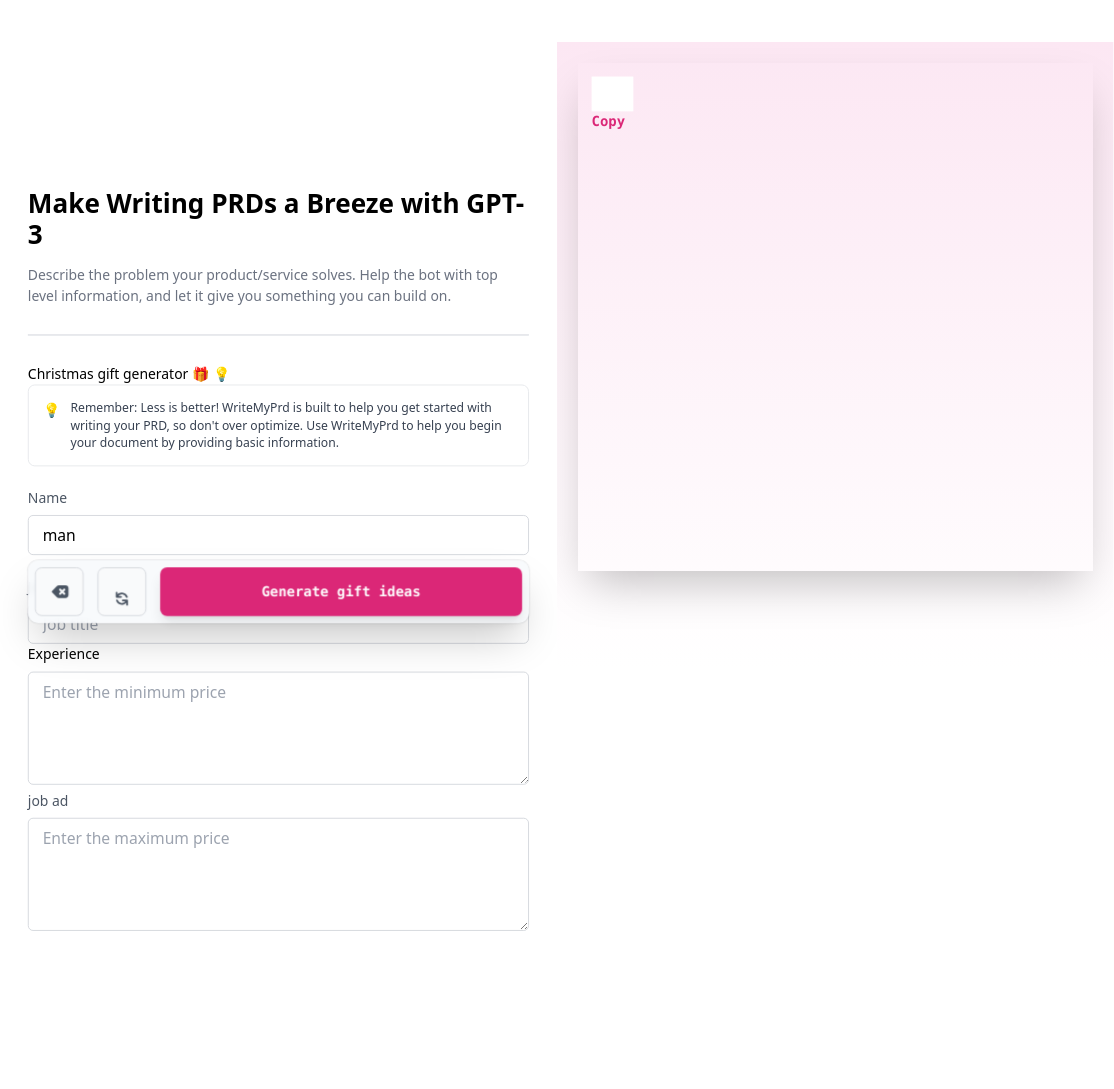
Repository: hamza-mastar/chatgpt-jpbad
Page: /
The author's editor kept a copy of each file at every save. The page is drawn from the files as they stood at one save, then again after the next save.
The browser window is 1280 px wide. The pictures show the whole page, at 87% of full size.
The project was rebuilt for these pictures with package versions that can differ from the ones it lists, and the page was loaded fresh each time. The framework's server and built-in components were replaced by stand-ins that run in the browser.

Above is the page before, as saved 2023-01-30 14:23:52.

After the next save:
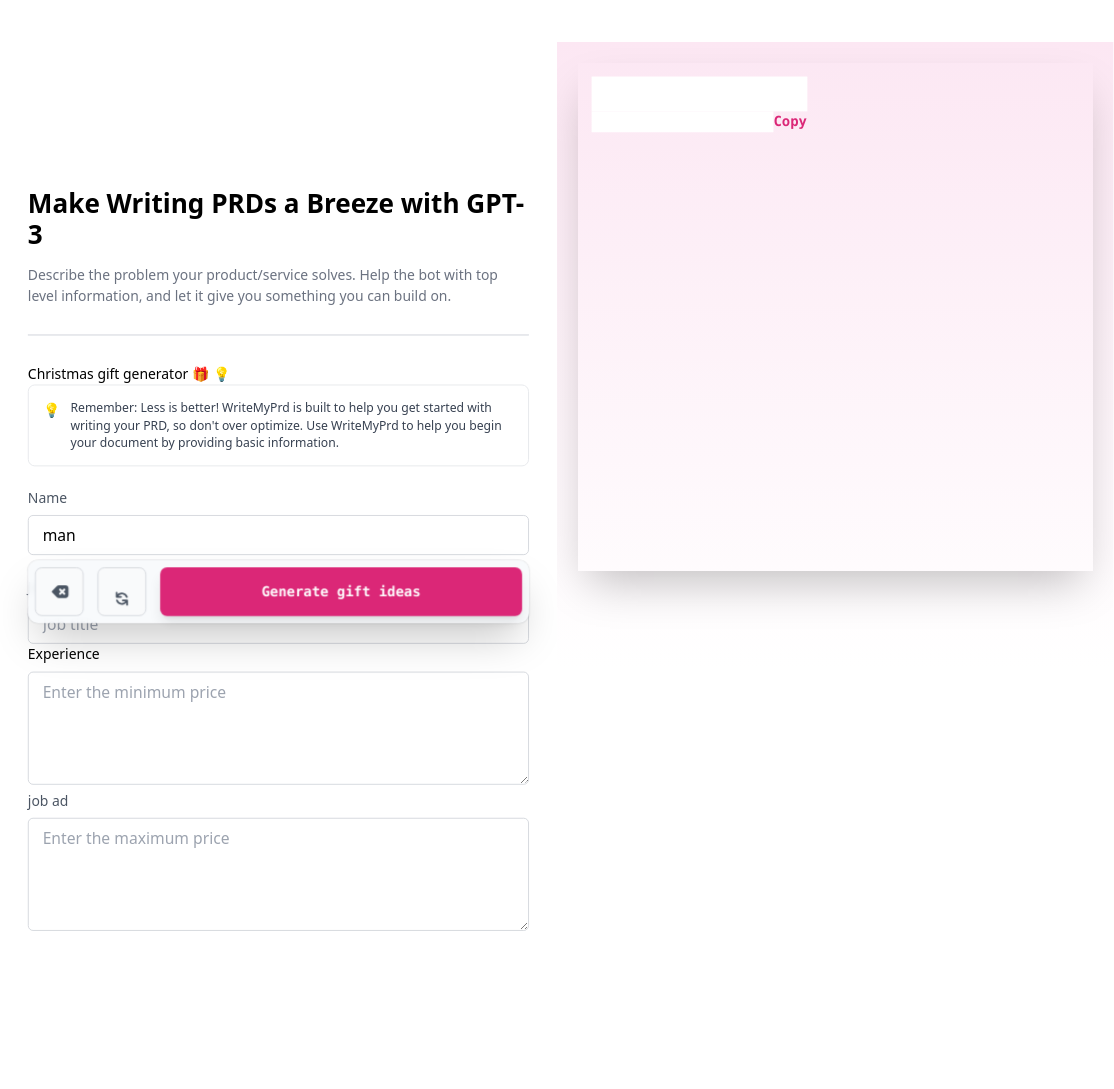
Saved 41 s later.
--- a/pages/index.js
+++ b/pages/index.js
@@ -151,7 +151,6 @@
                 <div class="p-6 pb-0 h-[calc(100vh-6rem)]" >
                 <div class="form-textarea relative text-base w-full p-4 px-8 overflow-scroll h-[calc(100%-1rem)] shadow-2xl flex items-center justify-center" >
                 <div class="text-pink-600 font-mono text-left text-base font-semibold absolute top-4 left-4">
-
         {loading && (
           <div>
             <h3>Looking for the best gift ideas 🎁 💡</h3>
@@ -161,16 +160,17 @@
 
 
         )}
-        <div class="whitespace-pre-wrap text-gray-800 bg-white h-auto text-lg divide-y px-4 pt-5 pb-4 sm:p-6 sm:pb-4  "
-        onChange={(e)=>setValue(e.target.value)}
-
+        <div class="whitespace-pre-wrap text-gray-800 bg-white h-auto text-lg divide-y px-4 pt-5 pb-4 sm:p-6 sm:pb-4 "
           className={styles.result}
           dangerouslySetInnerHTML={{ __html: result }}
 
 
 
         />
-
+        <div className='app'>
+      <div className="input_group">
+      <i class="bi bi-link-45deg"></i>
+      <input type="text" onChange={(e)=>setValue(e.target.value)} />
       <CopyToClipboard text={value}
           onCopy={() =>setCopy(true)}>
            <button className={`${copy ? 'copied' : 'copy' }`}>
@@ -178,7 +178,8 @@
            </button>
         </CopyToClipboard>
 
-
+      </div>
+    </div>
 
         </div>
 

After the 2 saves that followed:
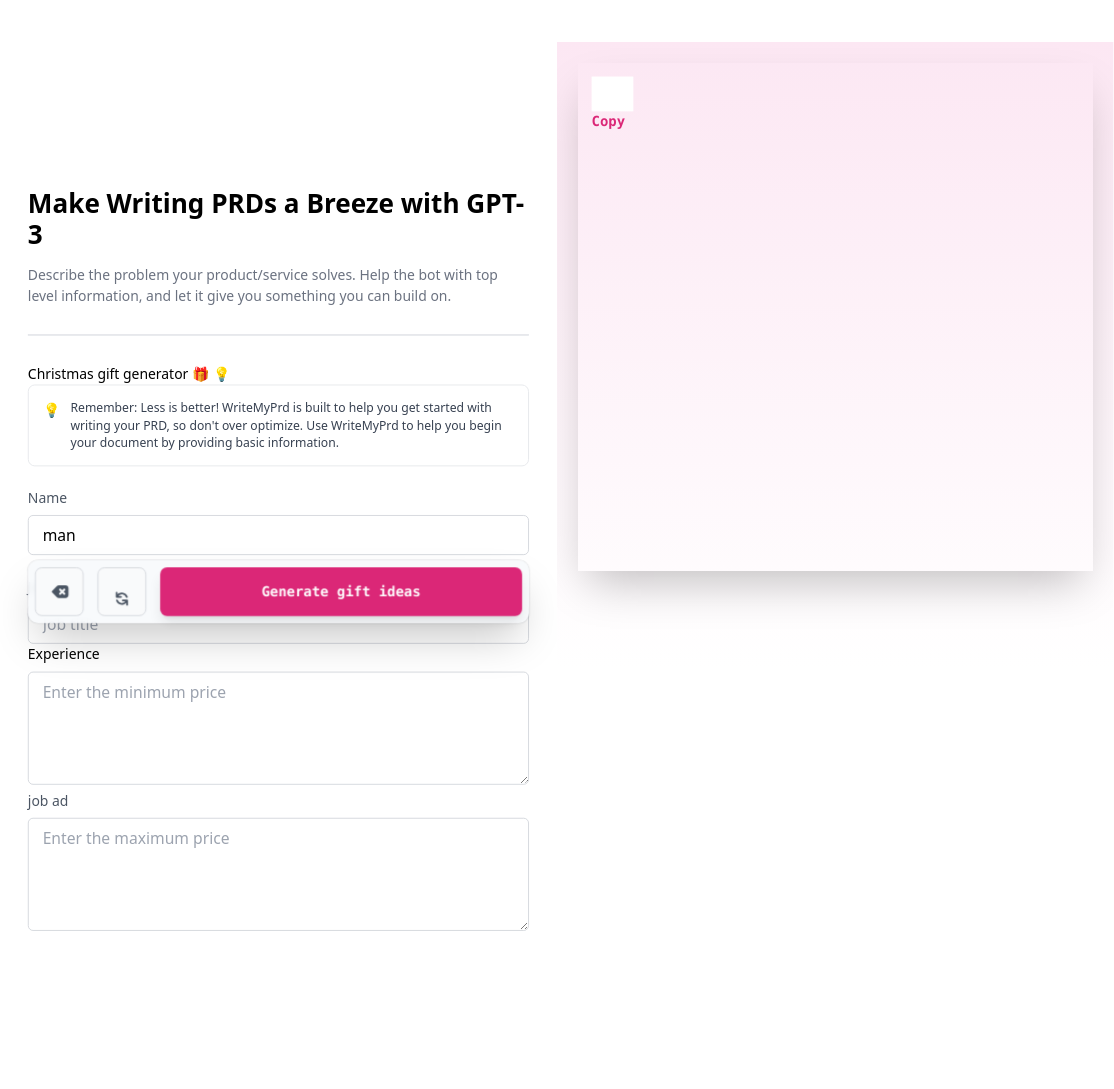
The 2 saves are shown as one change because 1 did not build or start.
The last was saved 98 s later.
--- a/pages/index.js
+++ b/pages/index.js
@@ -160,17 +160,16 @@
 
 
         )}
-        <div class="whitespace-pre-wrap text-gray-800 bg-white h-auto text-lg divide-y px-4 pt-5 pb-4 sm:p-6 sm:pb-4 "
+        <div type="text" onChange={(e)=>setValue(e.target.value)}
+        class="whitespace-pre-wrap text-gray-800 bg-white h-auto text-lg divide-y px-4 pt-5 pb-4 sm:p-6 sm:pb-4 "
           className={styles.result}
           dangerouslySetInnerHTML={{ __html: result }}
 
 
 
         />
-        <div className='app'>
-      <div className="input_group">
-      <i class="bi bi-link-45deg"></i>
-      <input type="text" onChange={(e)=>setValue(e.target.value)} />
+
+
       <CopyToClipboard text={value}
           onCopy={() =>setCopy(true)}>
            <button className={`${copy ? 'copied' : 'copy' }`}>
@@ -178,8 +177,6 @@
            </button>
         </CopyToClipboard>
 
-      </div>
-    </div>
 
         </div>
 
